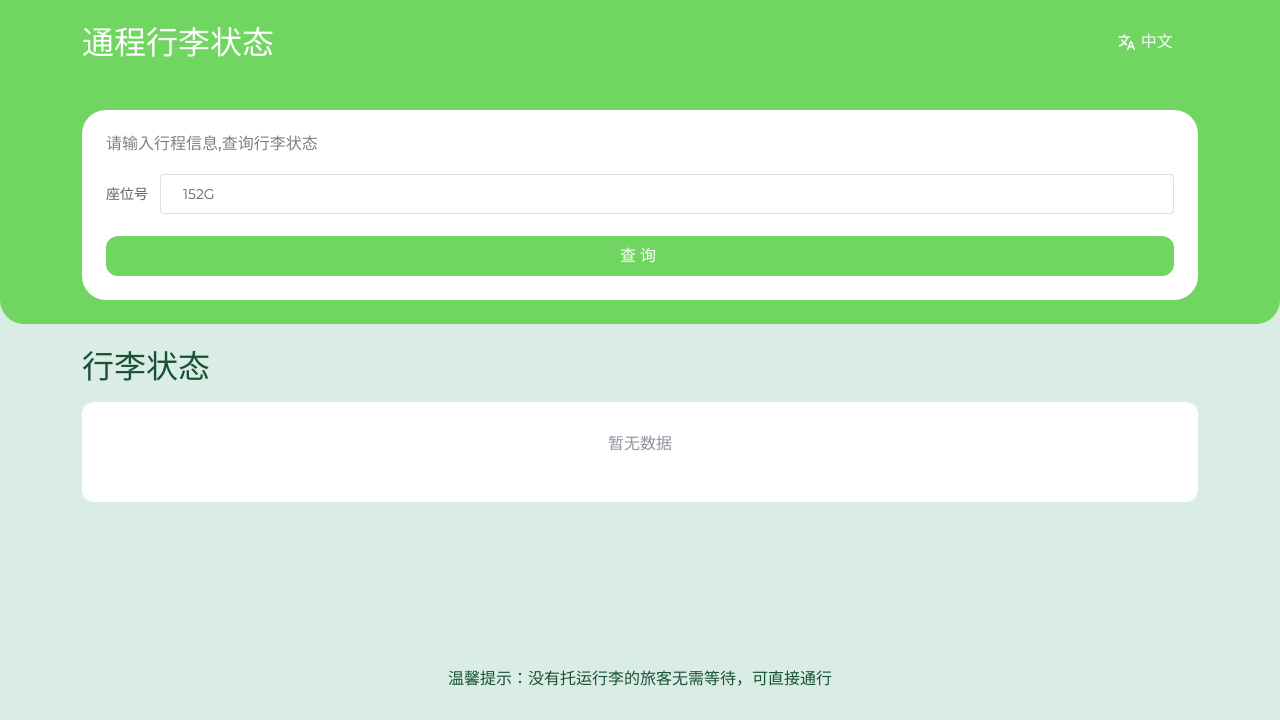
Repository: jhonMacTavish/through-baggage-web
Page: /
The author's editor kept a copy of each file at every save. The page is drawn from the files as they stood at one save, then again after the next save.
The browser window is 1280 px wide. The pictures show the whole page.
The project was rebuilt for these pictures with package versions that can differ from the ones it lists, and the page was loaded fresh each time. Also part of the build but not shown: vite.config.js, src/components/Main copy.vue, src/components/NavBar.vue, src/components/Scanner.vue. Imported but missing from the stored project, and not drawn on this page: src/assets/icons/GlobeIcon.vue, src/assets/icons/LogoIcon.vue, src/assets/icons/ProfileIcon.vue, src/assets/icons/QuestionIcon.vue.

Above is the page before, as saved 2025-02-24 16:37:19.

### index.html
<!--
 * @Author: error: error: git config user.name & please set dead value or install git && error: git config user.email & please set dead value or install git & please set dead value or install git
 * @Date: 2025-02-23 17:18:54
 * @LastEditors: error: error: git config user.name & please set dead value or install git && error: git config user.email & please set dead value or install git & please set dead value or install git
 * @LastEditTime: 2025-02-24 12:03:02
 * @FilePath: \through_baggage_webt:\Projects\VS Code\vue-bootstrap-master\index.html
 * @Description: 这是默认设置,请设置`customMade`, 打开koroFileHeader查看配置 进行设置: https://github.com/OBKoro1/koro1FileHeader/wiki/%E9%85%8D%E7%BD%AE
-->
<!doctype html>
<html lang="en">
  <head>
    <meta charset="UTF-8" />
    <link rel="icon" type="image/svg+xml" href="/vite.svg" />
    <meta name="viewport" content="width=device-width, initial-scale=1.0" />
    <title>through baggage web</title>
  </head>
  <body>
    <div id="app" style="min-width: 375px;"></div>
    <script type="module" src="/src/main.js"></script>
  </body>
</html>

### src/main.js
/*
 * @Author: error: error: git config user.name & please set dead value or install git && error: git config user.email & please set dead value or install git & please set dead value or install git
 * @Date: 2025-02-23 17:18:54
 * @LastEditors: error: error: git config user.name & please set dead value or install git && error: git config user.email & please set dead value or install git & please set dead value or install git
 * @LastEditTime: 2025-02-24 00:55:03
 * @FilePath: \through_baggage_webt:\Projects\VS Code\vue-bootstrap-master\src\main.js
 * @Description: 这是默认设置,请设置`customMade`, 打开koroFileHeader查看配置 进行设置: https://github.com/OBKoro1/koro1FileHeader/wiki/%E9%85%8D%E7%BD%AE
 */
import { createApp } from 'vue';
// import PrimeVue from 'primevue/config';
// import AnimateOnScroll from 'primevue/animateonscroll';

// Import all of Bootstrap's CSS
import "bootstrap/dist/css/bootstrap.css";
// import 'primevue/resources/themes/aura-light-green/theme.css'
import './style.css';
import App from './App.vue';
import i18n from './i18n';


const app = createApp(App);

app.use(i18n);
// app.use(PrimeVue);
// app.directive('animateonscroll', AnimateOnScroll);
app.mount('#app');

import 'bootstrap/dist/js/bootstrap';

### src/components/Main.vue
<!--
 * @Author: error: error: git config user.name & please set dead value or install git && error: git config user.email & please set dead value or install git & please set dead value or install git
 * @Date: 2025-02-23 20:06:20
 * @LastEditors: error: error: git config user.name & please set dead value or install git && error: git config user.email & please set dead value or install git & please set dead value or install git
 * @LastEditTime: 2025-02-24 16:35:35
 * @FilePath: \through_baggage_webt:\Projects\VS Code\vue-bootstrap-master\src\components\Main.vue
 * @Description: 这是默认设置,请设置`customMade`, 打开koroFileHeader查看配置 进行设置: https://github.com/OBKoro1/koro1FileHeader/wiki/%E9%85%8D%E7%BD%AE
-->
<template>
  <section class="p-4 pb-3 bg-green">
    <div class="container d-flex justify-content-between align-items-center">
      <!-- <h2 class="text-center text-white" :style="`font-size: ${locale == 'en'? '16px': ''}`" >{{$t('messages.prompText.pageTitle')}}</h2> -->
      <h2 v-if="locale == 'zh'" class="text-center text-white">
        {{ $t("messages.prompText.pageTitle") }}
      </h2>
      <h6 v-else class="text-center text-white">
        {{ $t("messages.prompText.pageTitle") }}
      </h6>
      <div class="select-group">
        <el-dropdown
          size="large"
          trigger="click"
          style="margin: 2px 0 0 4px; font-size: 16px"
        >
          <span class="el-dropdown-link text-light">
            <svg
              data-v-f414ea64=""
              viewBox="0 0 24 24"
              width="1.2em"
              height="1.2em"
            >
              <path
                fill="currentColor"
                d="m18.5 10l4.4 11h-2.155l-1.201-3h-4.09l-1.199 3h-2.154L16.5 10h2zM10 2v2h6v2h-1.968a18.222 18.222 0 0 1-3.62 6.301a14.864 14.864 0 0 0 2.336 1.707l-.751 1.878A17.015 17.015 0 0 1 9 13.725a16.676 16.676 0 0 1-6.201 3.548l-.536-1.929a14.7 14.7 0 0 0 5.327-3.042A18.078 18.078 0 0 1 4.767 8h2.24A16.032 16.032 0 0 0 9 10.877a16.165 16.165 0 0 0 2.91-4.876L2 6V4h6V2h2zm7.5 10.885L16.253 16h2.492L17.5 12.885z"
              ></path>
            </svg>
            {{ $t(`messages.langs.${locale}`) }}
            <el-icon class="el-icon--right">
              <i-ep-Arrow-down />
            </el-icon>
          </span>
          <template #dropdown>
            <el-dropdown-menu>
              <el-dropdown-item @click="changeLang('zh')"
                >中文</el-dropdown-item
              >
              <el-dropdown-item @click="changeLang('en')"
                >English</el-dropdown-item
              >
            </el-dropdown-menu>
          </template>
        </el-dropdown>
      </div>
    </div>
  </section>

  <section class="p-4 bg-green rd-form">
    <div class="container">
      <div class="p-4 form-bg">
        <h6 class="form-title">{{ $t("messages.userText.formTitle") }}</h6>
        <el-form
          ref="ruleFormRef"
          :model="ruleForm"
          status-icon
          :rules="rules"
          label-width="auto"
        >
          <!-- <el-form-item
            class="item-marginBt"
            size="large"
            :label="$t('messages.userText.formInfo.passportNo')"
            prop="pptNo"
          >
            <el-input
              v-model="ruleForm.pptNo"
              maxlength="9"
              :formatter="(value) => value.toUpperCase()"
            >
              <template #prefix>
                <i-ep-Postcard />
              </template>
            </el-input>
          </el-form-item>
          <el-form-item
            class="item-marginBt"
            size="large"
            :label="$t('messages.userText.formInfo.flightNo')"
            prop="fltNo"
          >
            <el-input
              v-model="ruleForm.fltNo"
              maxlength="6"
              :formatter="(value) => value.toUpperCase()"
            >
              <template #prefix>
                <i-ep-Calendar />
              </template>
            </el-input>
          </el-form-item>
          <el-form-item
            class="item-marginBt"
            size="large"
            :label="$t('messages.userText.formInfo.seatNo')"
            prop="setNo"
          >
            <el-input
              v-model="ruleForm.setNo"
              maxlength="4"
              :formatter="(value) => value.toUpperCase()"
            >
              <template #prefix>
                <i-ep-PriceTag />
              </template>
            </el-input>
          </el-form-item> -->
          <el-form-item
            class="item-marginBt"
            size="large"
            :label="$t('messages.userText.formInfo.seatNo')"
            prop="setNo"
          >
            <el-input
              v-model="ruleForm.setNo"
              maxlength="4"
              :formatter="(value) => value.toUpperCase()"
            >
              <template #prefix>
                <i-ep-PriceTag />
              </template>
            </el-input>
          </el-form-item>
          <el-form-item size="large">
            <el-button
              class="w-100 submitBtn"
              type="primary"
              @click="submitForm(ruleFormRef)"
            >
              <text
                :style="`
    letter-spacing: ${locale == 'zh' ? '4px' : ''};`"
                >{{ $t("messages.userText.formButton") }}</text
              >
            </el-button>
          </el-form-item>
        </el-form>
      </div>
    </div>
  </section>

  <section class="p-4 flex1">
    <div class="container">
      <h2 v-if="locale == 'zh'" class="info-title mb-3">
        {{ $t("messages.baggageText.stateTitle") }}
      </h2>
      <h6 v-else class="info-title mb-3">
        {{ $t("messages.baggageText.stateTitle") }}
      </h6>
      <div
        class="info-content p-4 d-flex justify-content-center align-items-center"
      >
        <p class="text-center">
          {{ $t('messages.baggageText.stateInfo.state0.str1') }}<br /><span
            class="attention"
            >{{ $t('messages.baggageText.stateInfo.state0.str2') }}</span
          >
        </p>
      </div>
    </div>
  </section>

  <footer class="p-4 text-center w-100">
    <div class="container">
      <h6>{{ $t('messages.prompText.pageFooter') }}</h6>
    </div>
  </footer>
</template>

<script lang="ts" setup>
import { onBeforeMount, onMounted, reactive, ref } from "vue";
import type { FormInstance, FormRules } from "element-plus";
import axios from "axios";
import { useI18n } from "vue-i18n";

const { locale, t } = useI18n();
const ruleFormRef = ref<FormInstance>();
const prompts = {
  res1: { str1: "您的行李已确认安全", str2: "请通行" },
  res2: { str1: "您没有托运行李", str2: "请通行" },
  res3: { str1: "您的行李尚未完全通过检查", str2: "请耐心等待" },
  res4: { str1: "很抱歉，未能查询到您的", str2: "行程及行李信息" },
};
let prompt = reactive({ str1: "暂无数据", str2: "" });

const changeLang = (type: string) => {
  console.log(type);
  locale.value = type;
  localStorage.setItem("lang", type);

  rules.pptNo[0].validator = createValidator(/^[G|E|P|S|D|C]\d{8}$/, t('messages.userText.validateText.passportNo'));
  rules.fltNo[0].validator = createValidator(/^[G|E|P|S|D|C]\d{8}$/, t('messages.userText.validateText.flightNo'));
  rules.setNo[0].validator = createValidator(/^[G|E|P|S|D|C]\d{8}$/, t('messages.userText.validateText.seatNo'));
};

// 表单验证规则
const createValidator = (pattern: RegExp, errorMsg: string) => {
  return (_rule: any, value: string, callback: any) => {
    console.log(value);
    console.log(pattern.test(value));
    if (!pattern.test(value)) {
      callback(new Error(errorMsg));
    } else {
      callback();
    }
  };
};

const ruleForm = reactive({
  pptNo: "E98549873",
  fltNo: "CA6754",
  setNo: "152G",
});

const rules: FormRules<typeof ruleForm> = {
  pptNo: [
    {
      validator: createValidator(/^[G|E|P|S|D|C]\d{8}$/, t('messages.userText.validateText.passportNo')),
      trigger: "blur",
    },
  ],
  fltNo: [
    {
      validator: createValidator(/^[A-Z]{2}\d{3,4}$/, t('messages.userText.validateText.flightNo')),
      trigger: "blur",
    },
  ],
  setNo: [
    {
      validator: createValidator(/^\d{1,3}[A-Z]$/, t('messages.userText.validateText.seatNo')),
      trigger: "blur",
    },
  ],
};

const submitForm = async (formEl: FormInstance | undefined) => {
  if (!formEl) return;
  try {
    const valid = await formEl.validate();
    if (valid) {
      const params = ruleForm;

      prompt.str1 = prompts.res3.str1;
      prompt.str2 = prompts.res3.str2;

      console.log(prompt);
      await axios.get("/api/baggages/status", { params }).then((res) => {
        console.log(res);
      });
    }
  } catch (error) {
    console.log(error);
  }
};

const resize = () => {};

onBeforeMount(() => {});

onMounted(() => {});
</script>

<style lang="less" scoped>
.bg-green {
  background-color: #71d561;
}

.rd-form {
  border-bottom-left-radius: 24px;
  border-bottom-right-radius: 24px;
}

.item-marginBt {
  // margin-bottom: 20px;
}

.el-form-item:last-child {
  margin: 0;
}

.form-bg {
  background-color: white;
  border-radius: 24px;

  .form-title {
    color: gray;
    margin-bottom: 20px;
  }
}

.submitBtn {
  border-radius: 12px;
  background-color: #71d561;
  border: none;

  text {
    font-size: 16px;
  }
}

.info-title {
  color: #195135;
  // font-size: 24px;
}

.info-content {
  width: 100%;
  height: 100px;
  border-radius: 12px;
  font-size: 16px;
  color: #9095a0;
  background-color: white;

  .attention {
    font-size: 24px;
    font-weight: bold;
  }
}

.select-group {
  position: relative;
  top: -4px;
  color: white;
  // font-weight: bold;
  // top: 20px;
  // right: 0;
}

.flex1 {
  flex: 1;
}

footer {
  position: absolute;
  bottom: 0;
  color: #195135;
}
</style>

### src/style.css
@import url('https://fonts.googleapis.com/css2?family=Montserrat:ital,wght@0,100..900;1,100..900&display=swap');

* {
  margin: 0;
  padding: 0;
  box-sizing: border-box;
}

body {
    font-family: "Montserrat", sans-serif;
    background-color: #D9EDE6;
}

#app{
  position: relative;
  height: 100vh;
}

### src/App.vue
<!--
 * @Author: error: error: git config user.name & please set dead value or install git && error: git config user.email & please set dead value or install git & please set dead value or install git
 * @Date: 2025-02-23 17:18:54
 * @LastEditors: error: error: git config user.name & please set dead value or install git && error: git config user.email & please set dead value or install git & please set dead value or install git
 * @LastEditTime: 2025-02-24 11:56:03
 * @FilePath: \through_baggage_webt:\Projects\VS Code\vue-bootstrap-master\src\App.vue
 * @Description: 这是默认设置,请设置`customMade`, 打开koroFileHeader查看配置 进行设置: https://github.com/OBKoro1/koro1FileHeader/wiki/%E9%85%8D%E7%BD%AE
-->
<script setup>
import Main from './components/Main.vue';

</script>

<template>
    <Main />
</template>

<style scoped></style>

### src/i18n/index.js
/*
 * @Author: error: error: git config user.name & please set dead value or install git && error: git config user.email & please set dead value or install git & please set dead value or install git
 * @Date: 2025-02-24 00:19:55
 * @LastEditors: error: error: git config user.name & please set dead value or install git && error: git config user.email & please set dead value or install git & please set dead value or install git
 * @LastEditTime: 2025-02-24 00:49:13
 * @FilePath: \through_baggage_webt:\Projects\VS Code\vue-bootstrap-master\src\i18n\index.js
 * @Description: 这是默认设置,请设置`customMade`, 打开koroFileHeader查看配置 进行设置: https://github.com/OBKoro1/koro1FileHeader/wiki/%E9%85%8D%E7%BD%AE
 */
import { createI18n } from 'vue-i18n';
import messages from './messages';

const i18n = createI18n({
    legacy: false,
    locale: localStorage.getItem('lang') || 'zh',
    messages,
});

export default i18n;

### src/i18n/messages.js
/*
 * @Author: error: error: git config user.name & please set dead value or install git && error: git config user.email & please set dead value or install git & please set dead value or install git
 * @Date: 2025-02-24 00:48:16
 * @LastEditors: error: error: git config user.name & please set dead value or install git && error: git config user.email & please set dead value or install git & please set dead value or install git
 * @LastEditTime: 2025-02-24 01:03:11
 * @FilePath: \through_baggage_webt:\Projects\VS Code\vue-bootstrap-master\src\i18n\messages.js
 * @Description: 这是默认设置,请设置`customMade`, 打开koroFileHeader查看配置 进行设置: https://github.com/OBKoro1/koro1FileHeader/wiki/%E9%85%8D%E7%BD%AE
 */
import zh from './langs/zh';
import en from './langs/en';

export default {
    zh,
    en,
};

### src/i18n/langs/zh.js
/*
 * @Author: error: error: git config user.name & please set dead value or install git && error: git config user.email & please set dead value or install git & please set dead value or install git
 * @Date: 2025-02-24 00:23:07
 * @LastEditors: error: error: git config user.name & please set dead value or install git && error: git config user.email & please set dead value or install git & please set dead value or install git
 * @LastEditTime: 2025-02-24 09:06:16
 * @FilePath: \through_baggage_webt:\Projects\VS Code\vue-bootstrap-master\src\i18n\langs\zh.js
 * @Description: 这是默认设置,请设置`customMade`, 打开koroFileHeader查看配置 进行设置: https://github.com/OBKoro1/koro1FileHeader/wiki/%E9%85%8D%E7%BD%AE
 */
export default {
  messages: {
    langs: {
      en: "English",
      zh: "中文",
    },

    prompText: {
      switchLang: "切换语言",
      pageTitle: "通程行李状态",
      pageFooter: "温馨提示：没有托运行李的旅客无需等待，可直接通行",
    },

    baggageText: {
      stateTitle: "行李状态",
      stateInfo: {
        state0: { str1: "暂无数据", str2: "" },
        state1: { str1: "您的行李已确认安全", str2: "请通行" },
        state2: { str1: "您没有托运行李", str2: "请通行" },
        state3: { str1: "您的行李尚未完全通过检查", str2: "请耐心等待" },
        state4: { str1: "很抱歉，未能查询到您的", str2: "行程及行李信息" },
      },
    },

    userText: {
      formTitle: "请输入行程信息,查询行李状态",
      formInfo: {
        passportNo: "护照号",
        flightNo: "航班号",
        seatNo: "座位号",
      },
      validateText: {
        passportNo: "请输入正确的护照号",
        flightNo: "请输入正确的航班号",
        seatNo: "请输入正确的座位号",
      },
      formButton: "查询",
    },
  },
};

### src/i18n/langs/en.js
/*
 * @Author: error: error: git config user.name & please set dead value or install git && error: git config user.email & please set dead value or install git & please set dead value or install git
 * @Date: 2025-02-24 00:23:07
 * @LastEditors: error: error: git config user.name & please set dead value or install git && error: git config user.email & please set dead value or install git & please set dead value or install git
 * @LastEditTime: 2025-02-24 16:37:19
 * @FilePath: \through_baggage_webt:\Projects\VS Code\vue-bootstrap-master\src\i18n\langs\zh.js
 * @Description: 这是默认设置,请设置`customMade`, 打开koroFileHeader查看配置 进行设置: https://github.com/OBKoro1/koro1FileHeader/wiki/%E9%85%8D%E7%BD%AE
 */
export default {
  messages: {
    langs: {
      en: "English",
      zh: "中文",
    },

    prompText: {
      switchLang: "Switch language",
      pageTitle: "Through baggage status",
      pageFooter: "Tips: Passengers without checked baggage can pass directly without waiting",
    },

    baggageText: {
      stateTitle: "Baggage status",
      stateInfo: {
        state0: { str1: "No data", str2: "" },
        state1: { str1: "Your luggage has been confirmed safe", str2: "Please pass" },
        state2: { str1: "You have no checked baggage", str2: "Please pass" },
        state3: { str1: "Your baggage has not yet been fully screened", str2: "Please wait" },
        state4: { str1: "Sorry, we could not find your", str2: "Itinerary and baggage information" },
      },
    },

    userText: {
      formTitle: "Please enter your itinerary information to check your luggage status",
      formInfo: {
        passportNo: "Passport No.",
        flightNo: "Flight No.",
        seatNo: "Seat No.",
        baggageNo: "Baggage No."
      },
      validateText: {
        passportNo: "Enter your passport No.",
        flightNo: "Enter your flight No.",
        seatNo: "Enter your seat No.",
      },
      formButton: "Submit",
    },
  },
};

After the next save:
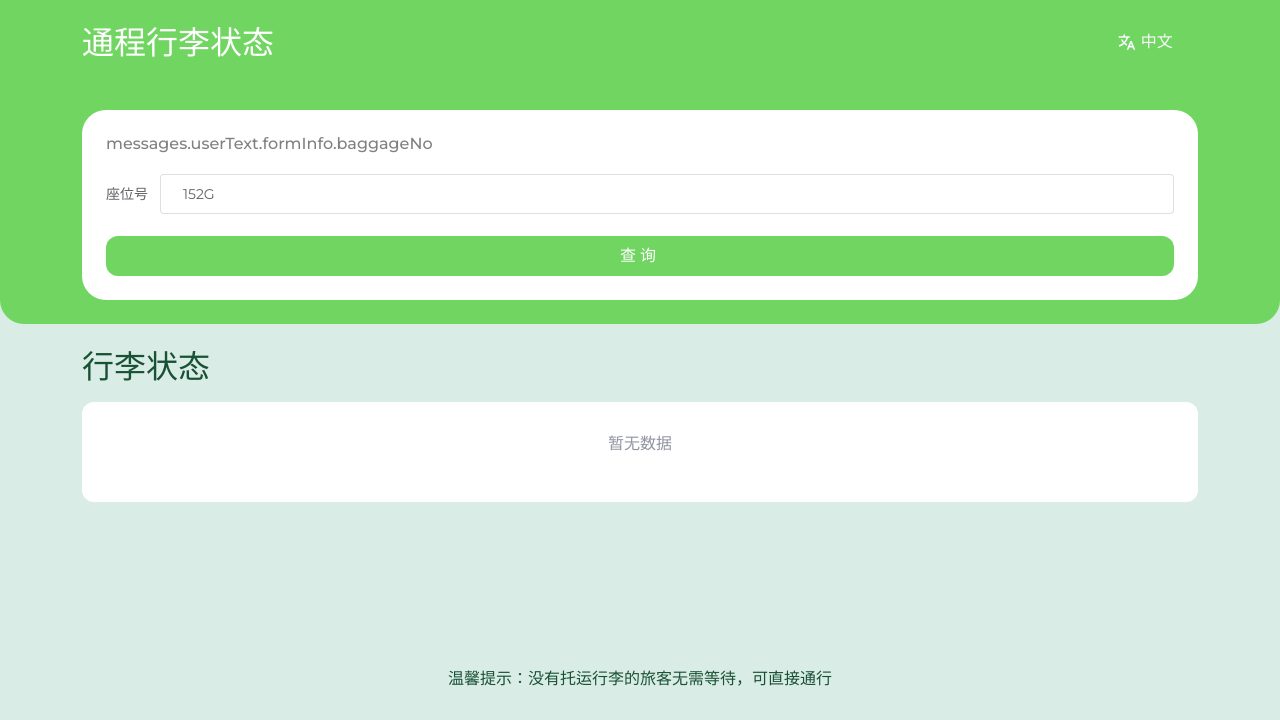
Saved 31 s later.
--- a/src/components/Main.vue
+++ b/src/components/Main.vue
@@ -2,7 +2,7 @@
  * @Author: error: error: git config user.name & please set dead value or install git && error: git config user.email & please set dead value or install git & please set dead value or install git
  * @Date: 2025-02-23 20:06:20
  * @LastEditors: error: error: git config user.name & please set dead value or install git && error: git config user.email & please set dead value or install git & please set dead value or install git
- * @LastEditTime: 2025-02-24 16:35:35
+ * @LastEditTime: 2025-02-24 16:37:50
  * @FilePath: \through_baggage_webt:\Projects\VS Code\vue-bootstrap-master\src\components\Main.vue
  * @Description: 这是默认设置,请设置`customMade`, 打开koroFileHeader查看配置 进行设置: https://github.com/OBKoro1/koro1FileHeader/wiki/%E9%85%8D%E7%BD%AE
 -->
@@ -57,7 +57,7 @@
   <section class="p-4 bg-green rd-form">
     <div class="container">
       <div class="p-4 form-bg">
-        <h6 class="form-title">{{ $t("messages.userText.formTitle") }}</h6>
+        <h6 class="form-title">{{ $t("messages.userText.formInfo.baggageNo") }}</h6>
         <el-form
           ref="ruleFormRef"
           :model="ruleForm"

After the save that followed:
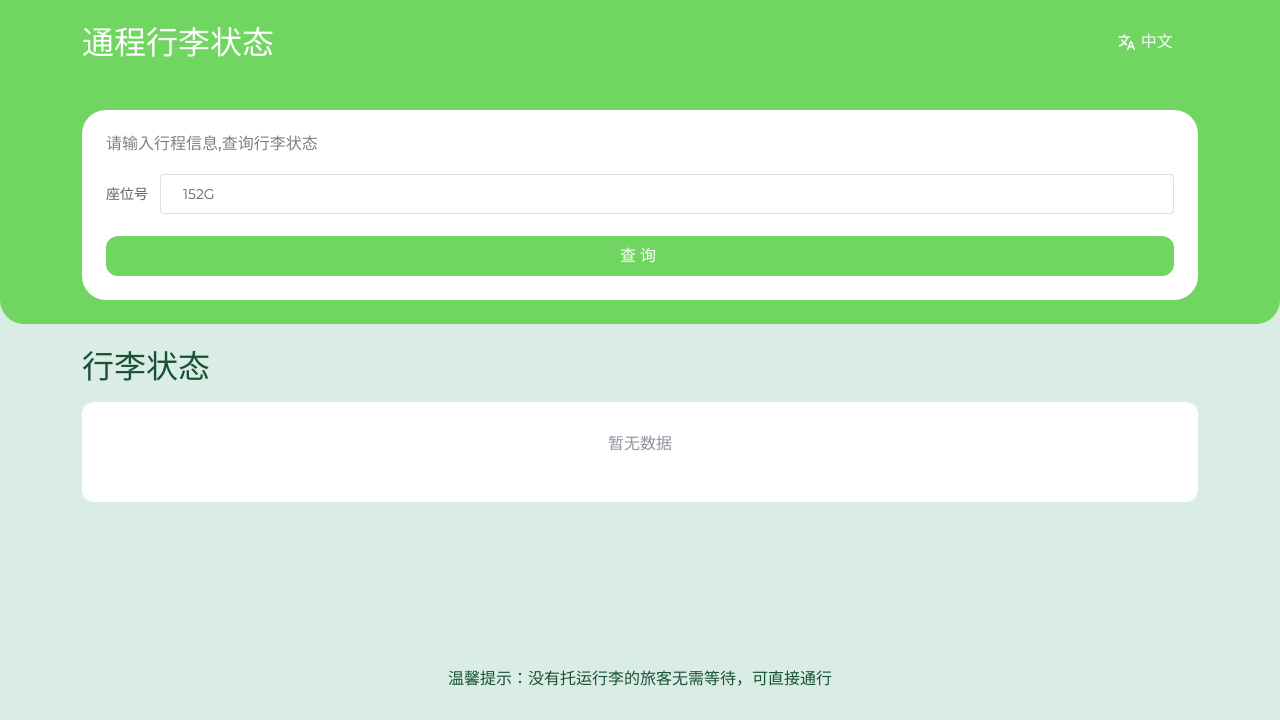
Saved 24 s later.
--- a/src/components/Main.vue
+++ b/src/components/Main.vue
@@ -2,7 +2,7 @@
  * @Author: error: error: git config user.name & please set dead value or install git && error: git config user.email & please set dead value or install git & please set dead value or install git
  * @Date: 2025-02-23 20:06:20
  * @LastEditors: error: error: git config user.name & please set dead value or install git && error: git config user.email & please set dead value or install git & please set dead value or install git
- * @LastEditTime: 2025-02-24 16:37:50
+ * @LastEditTime: 2025-02-24 16:35:35
  * @FilePath: \through_baggage_webt:\Projects\VS Code\vue-bootstrap-master\src\components\Main.vue
  * @Description: 这是默认设置,请设置`customMade`, 打开koroFileHeader查看配置 进行设置: https://github.com/OBKoro1/koro1FileHeader/wiki/%E9%85%8D%E7%BD%AE
 -->
@@ -57,7 +57,7 @@
   <section class="p-4 bg-green rd-form">
     <div class="container">
       <div class="p-4 form-bg">
-        <h6 class="form-title">{{ $t("messages.userText.formInfo.baggageNo") }}</h6>
+        <h6 class="form-title">{{ $t("messages.userText.formTitle") }}</h6>
         <el-form
           ref="ruleFormRef"
           :model="ruleForm"
